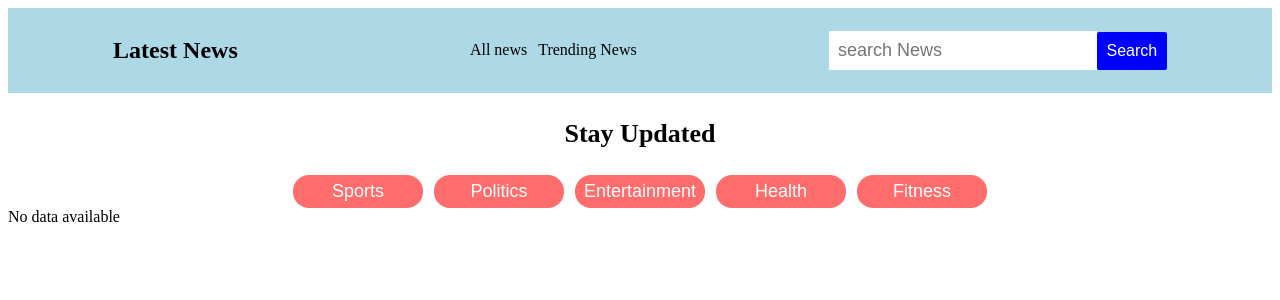
Repository: SeemaChaudharyy/newsApp
Page: /
These files come from the project's save history. The page is drawn as it stood at one moment and after a run of saves; the edit follows.
The browser window is 1280 px wide. The pictures show the whole page.
The project was rebuilt for these pictures with package versions that can differ from the ones it lists, and the page was loaded fresh each time. Also part of the build but not shown: src/App.css.

Above is the page before, as saved 2024-08-20 23:35:51.

### src/index.css
code{
  font-family: source-code-pro, Menlo, Monaco, Consolas, 'Courier New',
  monospace;
}
nav{
  display: flex;
  align-items: center;
  justify-content: space-around;
  background-color: lightblue;
  padding: 9px;
}
nav input{
  width: 250px;
  text-decoration: none;
  padding: 9px;
  font-size: 18px;
  border: none;
}
.searchbar{
  display: flex;
  align-items: center;
  gap: 11px;
}
nav button{
  width: 70px;
  height: 38px;
  background-color: blue;
  border: none;
  border-radius: 2px;
  color: white;
  font-size: 16px;
  cursor: pointer;
}
nav ul{
  display: flex;
  gap: 11px;
}
.cardContainer{
  display: flex;
  justify-content: center;
  gap: 41px;
  flex-wrap: wrap;
}
.card{
  width: 320px;
  box-shadow: 0px 4px 4px 4px rgb(255, 255, 255);
  background-color: white;
  border-radius: 3px;
  margin-top: 21px;
  border: 1px solid rgb(236, 236, 236);
}
.card img{
  width: 100%;
  height: 180px;
  border-top-left-radius: 3px;
  border-top-right-radius: 3px;
}
.card .title{
  font-weight: 600;
  font-size: 18px;
  margin-top: -7px;
}
.card .title:hover{
  border-bottom: 1px solid black;
  cursor: pointer;
}
.card .content{
  padding: 9px;
}
.card button{
  background-color: rgb(29, 162, 214);
  border: none;
  cursor: pointer;
  width: 80px;
  height: 28px;
  color: white;
  font-size: 13px;
  border-radius: 2px;
}
.category{
  display: flex;
  justify-content: center;
  gap: 11px;
}
.category button{
  width: 130px;
  height: 33px;
  background-color: rgb(255, 108, 108);
  border: none;
  outline: none;
  font-size: 18px;
  border-radius: 16px;
  color: white;
  cursor: pointer;
  padding: 2px;
}

.head{
  text-align: center;
  font-weight: 600;
  font-size: 26px;
}

### src/App.js
import logo from './logo.svg';
import './App.css';
import NewsApp from './Components/NewsApp';

function App() {
  return (
    <div>
      <NewsApp />
    </div>

  );
}

export default App;

### src/Components/NewsApp.js

import React, { useState } from 'react'
import Card from './Card'

const NewsApp = () => {
    const [search, setSearch]= useState("india")
    const [newsData, setNewsData]= useState(null)
    const API_KEY= "4dddf6e0f8364b8cb341f5d787dacec8";

  const getData= async() =>{
    const response= await fetch(`https://newsapi.org/v2/everything?q=tesla&apiKey= ${API_KEY}`)
    const jsonData= response.json()
    console.log(jsonData.articles);
    setNewsData(jsonData.articles)
  }
  const handleInput=(e)=> {
    console.log(e.target.value);
    setSearch(e.target.value)
  }

  return (
    <div>
      <nav>
        <div>
            <h1>Latest News</h1>
            </div>
            <ul>
                <a>All news</a>
                <a>Trending News</a>
            </ul>
            <div className="searchBar">
                <input type="text" placeholder="search News" onChange={handleInput} />
                <button onClick={getData}>Search</button>
            </div>
            </nav>
            <div>
                <p className="head">Stay Updated</p>
            </div>
            <div className="category">
                <button>Sports</button>
                <button>Politics</button>
                <button>Entertainment</button>
                <button>Health</button>
                <button>Fitness</button>
            </div>
            <div>
                <Card data={newsData} />
            </div>
    </div>
  )
}

export default NewsApp

### src/Components/Card.js
import React from 'react';

const Card = ({ data = [] }) => { // Default to an empty array if data is not provided
    console.log(data);

    // Check if data is an array
    if (!Array.isArray(data)) {
        return <div>No data available</div>;
    }

    return (
        <div className="cardContainer">
            {data.length > 0 ? (
                data.map((curItem, index) => (
                    <div className="card" key={index}>
                        <img src={curItem.imageUrl} alt={curItem.title || 'Image'} />
                        <div className="content">
                            <a href={curItem.link || '#'}>{curItem.title || 'No Title'}</a>
                            <p>{curItem.description || 'No Description'}</p>
                            <button onClick={()=> curItem.url}>Read More</button>
                        </div>
                    </div>
                ))
            ) : (
                <div>No items to display</div>
            )}
        </div>
    );
}

export default Card;

Loaded but not shown: public/index.html (common file); src/index.js (common file); src/reportWebVitals.js (common file)

After the next 6 saves:
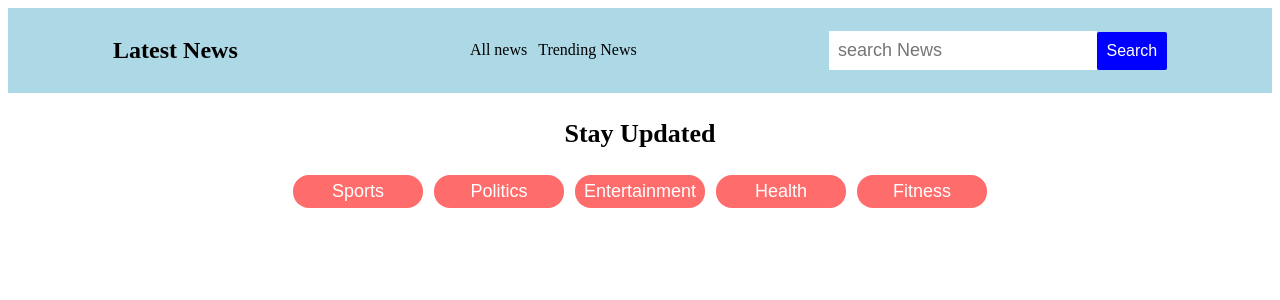
The 6 saves are shown as one change because 2 did not build or start and some came seconds apart.
The last was saved 84 s later.
--- a/src/Components/NewsApp.js
+++ b/src/Components/NewsApp.js
@@ -44,7 +44,8 @@ const NewsApp = () => {
                 <button>Fitness</button>
             </div>
             <div>
-                <Card data={newsData} />
+                {newsData? <Card data={newsData} />: null}
+
             </div>
     </div>
   )
